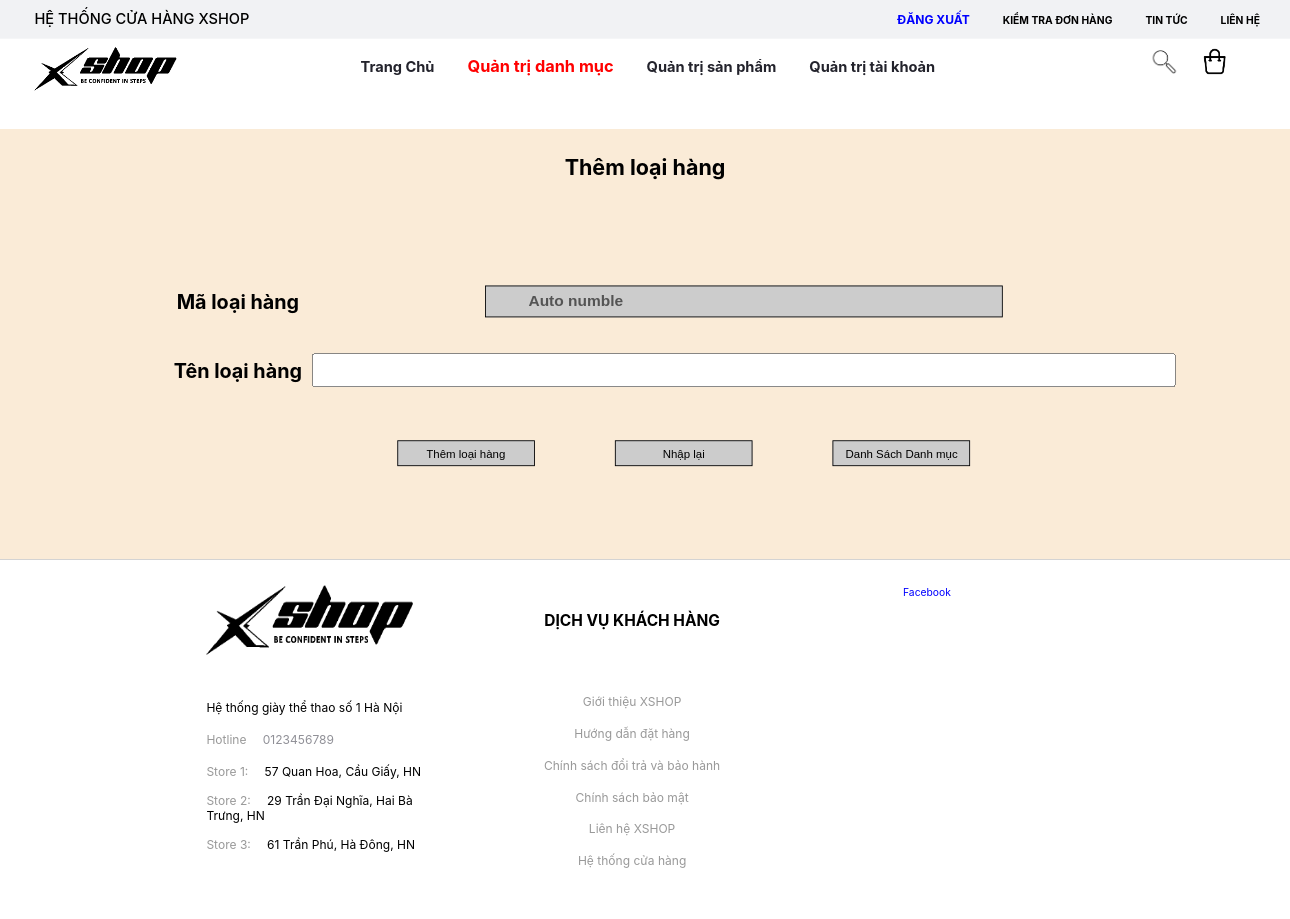
Repository: tienaq123/dam
Page: http://localhost/ass/ad/themdanhmuc.php
An editor plug-in stored every save of this project. The page is shown before and after the next save, followed by the edit.
The browser window is 1280 px wide. The page is 1500 px wide, so the pictures cover 1500 px, including what lies to the right of the window. The pictures show the whole page, at 86% of full size.
The page is run by PHP 8.4 with error messages shown; the project is at /var/www/html/.

Above is the page before, as saved 2021-10-21 03:59:02.

### ad/themdanhmuc.php
<!DOCTYPE html>
<html lang="en">

<head>
    <meta charset="UTF-8">
    <meta http-equiv="X-UA-Compatible" content="IE=edge">
    <meta name="viewport" content="width=device-width, initial-scale=1.0">
    <title>Document</title>
    <link rel="stylesheet" href="../css/themdm.css">
</head>
<style>
    .main {
        margin-left: 200px;

    }
</style>

<body>


    <div id="wapper">

        <div id="topbar">
            <a href="#">
                <h2> HỆ THỐNG CỬA HÀNG XSHOP</h2>
            </a>
            <ul>
                <li><a class="active" style="color:blue; font-size: 14px;" href="../logout.php">ĐĂNG XUẤT</a></li>
                <li><a href="product.php">KIỂM TRA ĐƠN HÀNG</a></li>
                <li><a href="product.php">TIN TỨC</a></li>
                <li><a href="product.php">LIÊN HỆ</a></li>
            </ul>
        </div>
        <header id="header">
            <div id="logo">
                <a href="http://localhost/ass/"> <img src="../img/logo.png" alt="Logo"></a>
            </div>
            <div class="menu">
                <ul>
                    <li><a href="../home.php">Trang Chủ</a></li>
                    <li><a href="quantridanhmuc.php" style="color: red; font-size: 19px;">Quản trị danh mục</a></li>
                    <li><a href="quantrisanpham.php">Quản trị sản phẩm</a></li>
                    <li><a href="quantritaikhoan.php">Quản trị tài khoản</a></li>
                    <div id="nav">
                        <a href="product.php"> <img src="../img/search.png" alt=""></a>
                        <a href="product.php"><img src="../img/giohang.png" alt=""></a>
                    </div>
                </ul>

            </div>

        </header>

        <!-- END HEADER -->

        <main>
            <h2 style="font-size: 25px; padding-top: 30px; margin-left: 0px; margin-bottom: 100px;">Thêm loại hàng</h2>
            <form action="" method="POST">
                <table class="main">
                    <tr>
                        <td>
                            <Span style="font-size: 23px; font-weight:bold;">Mã loại hàng </Span>
                        </td>
                        <td>
                            <input style="margin: 20px 0px 20px 10px;  width: 600px; height: 35px; font-weight:bold; font-size: 18px; background-color: #ccc; border: 1px solid #000;" type="text" name="tendanhmuc" value="          Auto numble" disabled> <br>
                        </td>
                    </tr>
                    </tr>
                    <tr>
                        <td>
                            <Span style="font-size: 23px; font-weight:bold;">Tên loại hàng </Span>
                        </td>
                        <td>
                            <input style="margin: 20px 0px 20px 10px;  width: 1000px; height: 35px; font-weight:bold;" type="text" name="tendanhmuc"> <br>
                        </td>
                    </tr>


                </table>
                <button style="background-color: #ccc; width: 160px; height: 30px; margin:40px 0px 20px 90px;border: 1px solid #000;"><input style="border: none; background-color: #ccc;" type="submit" value="Thêm loại hàng" name="btn"></button>

                <input style="background-color: #ccc; width: 160px; height: 30px; margin:40px 0px 20px 90px; border: 1px solid #000;" type="reset" value="Nhập lại" name="btn">

                <button style="background-color: #ccc; width: 160px; height: 30px; margin:40px 0px 20px 90px;border: 1px solid #000;"><a style="color: #000;" href="quantridanhmuc.php">Danh Sách Danh mục</a></button>

                <!-- <input style="margin: 20px 0px 20px 10px; " type="text" name="tendanhmuc"> <br>
                <input style="background-color: #ccc; width: 160px; height: 30px; margin:0px 0px 20px 90px;" type="submit" value="Thêm danh mục" name="btn"> -->
            </form>
            <?php
            include '../db.php';
            if (isset($_POST['btn'])) {
                $tendanhmuc = $_POST['tendanhmuc'];
                $sql = "insert into danhmuc values(null, '$tendanhmuc')";
                $kq = $conn->exec($sql);
                if ($kq == 1)
                    // echo "Thêm thành công danh mục!";
                    header("location:quantridanhmuc.php");
                else
                    echo "Không thêm được";
            }
            ?>
        </main>

        <!-- END MAIN -->

        <footer id="footer">
            <div id="logo_footer">
                <a href="#"><img src="../img/logo.png" alt=""></a>
                <p>Hệ thống giày thể thao số 1 Hà Nội</p>
                <p class="hotline"><span>Hotline</span> <a href="#">0123456789</a></p>
                <p><span>Store 1:</span> 57 Quan Hoa, Cầu Giấy, HN <br> <br> <span>Store 2:</span> 29 Trần Đại Nghĩa,
                    Hai Bà Trưng, HN <br> <br><span>Store 3:</span> 61
                    Trần Phú, Hà Đông, HN <br> <br> </p>
            </div>
            <div id="dichvu">
                <h2>DỊCH VỤ KHÁCH HÀNG</h2>
                <p><a href="#">Giới thiệu XSHOP</a> <br> </p>
                <p><a href="#">Hướng dẫn đặt hàng</a> <br> </p>
                <p><a href="#">Chính sách đổi trả và bảo hành</a> <br> </p>
                <p><a href="#">Chính sách bảo mật</a> <br> </p>
                <p><a href="#">Liên hệ XSHOP</a> <br> </p>
                <p><a href="#">Hệ thống cửa hàng</a></p>
            </div>

            <div id="facebook">
                <div id="fb-root"></div>
                <script async defer crossorigin="anonymous" src="https://connect.facebook.net/vi_VN/sdk.js#xfbml=1&version=v10.0&appId=256623368880552&autoLogAppEvents=1" nonce="aj8H3wq8"></script>
                <div class="fb-page" data-href="https://www.facebook.com/facebook" data-tabs="timeline" data-width="250" data-height="300" data-small-header="false" data-adapt-container-width="true" data-hide-cover="false" data-show-facepile="true">
                    <blockquote cite="https://www.facebook.com/facebook" class="fb-xfbml-parse-ignore"><a href="https://www.facebook.com/facebook">Facebook</a></blockquote>
                </div>
            </div>
        </footer>
    </div>
</body>

</html>

### db.php
<?php
    try {
        $conn=new PDO("mysql:host=localhost; dbname=dam;charset=utf8", "root", "");
    } catch (PDOException $e) {
        echo "Lỗi kết nối";
    }

### css/themdm.css
* {
    margin: 0;
    padding: 0;
}

body {
    font-family: -apple-system, BlinkMacSystemFont, 'Segoe UI', Roboto, Oxygen, Ubuntu, Cantarell, 'Open Sans', 'Helvetica Neue', sans-serif;
    font-size: 12px;
}

a {
    text-decoration: none;
    color: blue;
    list-style: none;
}

/* a:hover{
color: white;
} */

img {
    border: 0px;
}

header,
nav,
section,
aside,
article,
footer,
figure {
    display: block;
}

/* code page */

#wapper {
    width: 1500px;
    margin: auto;
    ;
    overflow: hidden;
}

#topbar {
    width: 1500px;
    height: 45px;
    background-color: #f1f2f4;
    float: left;
}

#topbar h2 {
    font-size: 17px;
    font-weight: 500;
    line-height: 45px;
    margin-left: 40px;
    color: #000;
    float: left;
}

#topbar ul {
    float: right;
}

#topbar ul li {
    display: inline-block;
    line-height: 45px;
    margin-right: 35px;
}

#topbar ul li a {
    color: #000;
    font-weight: bolder;
}

#topbar ul li a:hover {
    color: #775454;
}

#topbar ul li .active {
    color: cornflowerblue;
    font-size: 14px;
}

#header {
    width: 100%;
    height: 100px;
    background-color: #ffffff;
    padding: 10px 0 40px 0;
}

#header #logo img {
    float: left;
    width: 165px;
    height: 50px;
    color: #000;
    margin: 10px 0 0 40px;
}

#header .menu ul {
    text-align: center;
    margin-right: 50px;
    line-height: 66px;
}

#header .menu ul li {
    display: inline-block;
    margin-right: 35px;
}

#header .menu ul li a {
    font-size: 17px;
    font-weight: bold;
    color: #23232c;
}

#header .menu ul li a:hover {
    color: red;
}

#nav {
    float: right;
    line-height: 80px;
}

#nav img {
    width: 35px;
    height: 35px;
    margin-right: 20px;
}



main {
    text-align: center;
    min-height: 500px;
    background: antiquewhite;
}

.main{
    margin-left: 200px;
}



#footer {
    width: 1500px;
    border-top: 1px solid #ccc;
    display: grid;
    grid-template-columns: 1fr 1fr 1fr;
}

#footer #logo_footer {
    float: left;
}

#footer #logo_footer img {
    width: 240px;
    height: 80px;
    margin: 30px 0 30px 240px;
}

#footer #logo_footer a {
    color: #909097;
}

#footer #logo_footer span {
    color: #999999;
    margin-right: 15px;
}

#footer #logo_footer p {
    font-size: 14px;
    margin: 20px 0 20px 240px;
}

#footer #dichvu {
    text-align: center;
    margin: 60px 30px 40px 0;
}

#footer #dichvu h2 {
    margin-bottom: 75px;
}

#footer #dichvu p {
    margin-bottom: 20px;
}

#footer #dichvu p a {
    font-size: 14px;
    color: #999999;
}

#footer #facebook {
    margin: 30px 0 0 50px;
}

After the next save:
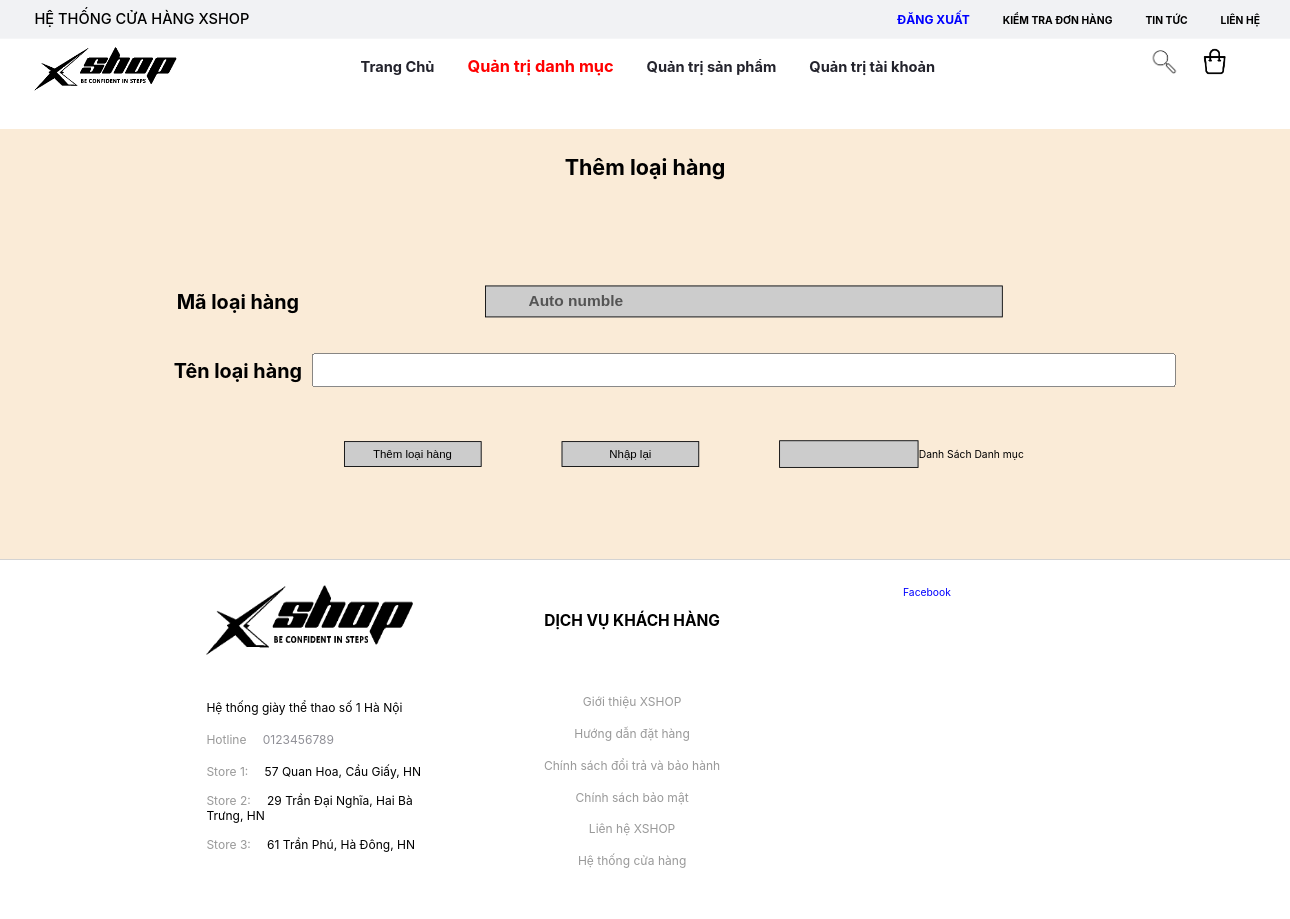
Saved 31 s later.
--- a/ad/themdanhmuc.php
+++ b/ad/themdanhmuc.php
@@ -78,8 +78,9 @@
 
                 </table>
                 <button style="background-color: #ccc; width: 160px; height: 30px; margin:40px 0px 20px 90px;border: 1px solid #000;"><input style="border: none; background-color: #ccc;" type="submit" value="Thêm loại hàng" name="btn"></button>
+                <button style="background-color: #ccc; width: 160px; height: 30px; margin:40px 0px 20px 90px;border: 1px solid #000;"><input style="border: none; background-color: #ccc;" type="reset" value="Nhập lại" name="btn"></button>
 
-                <input style="background-color: #ccc; width: 160px; height: 30px; margin:40px 0px 20px 90px; border: 1px solid #000;" type="reset" value="Nhập lại" name="btn">
+                <input style="background-color: #ccc; width: 160px; height: 30px; margin:40px 0px 20px 90px; border: 1px solid #000;"
 
                 <button style="background-color: #ccc; width: 160px; height: 30px; margin:40px 0px 20px 90px;border: 1px solid #000;"><a style="color: #000;" href="quantridanhmuc.php">Danh Sách Danh mục</a></button>
 

After the save that followed:
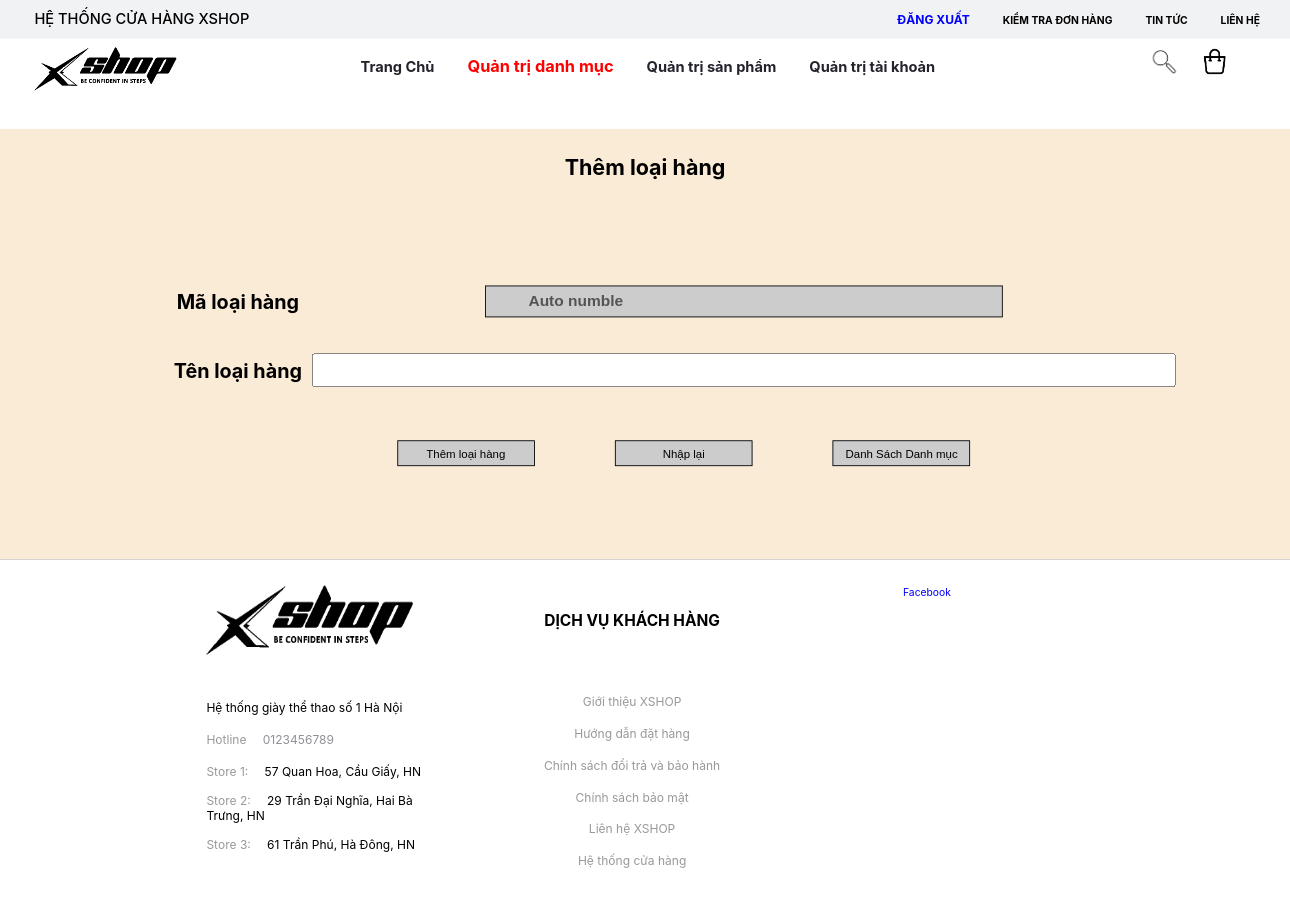
Saved 11 s later.
--- a/ad/themdanhmuc.php
+++ b/ad/themdanhmuc.php
@@ -80,7 +80,6 @@
                 <button style="background-color: #ccc; width: 160px; height: 30px; margin:40px 0px 20px 90px;border: 1px solid #000;"><input style="border: none; background-color: #ccc;" type="submit" value="Thêm loại hàng" name="btn"></button>
                 <button style="background-color: #ccc; width: 160px; height: 30px; margin:40px 0px 20px 90px;border: 1px solid #000;"><input style="border: none; background-color: #ccc;" type="reset" value="Nhập lại" name="btn"></button>
 
-                <input style="background-color: #ccc; width: 160px; height: 30px; margin:40px 0px 20px 90px; border: 1px solid #000;"
 
                 <button style="background-color: #ccc; width: 160px; height: 30px; margin:40px 0px 20px 90px;border: 1px solid #000;"><a style="color: #000;" href="quantridanhmuc.php">Danh Sách Danh mục</a></button>
 
